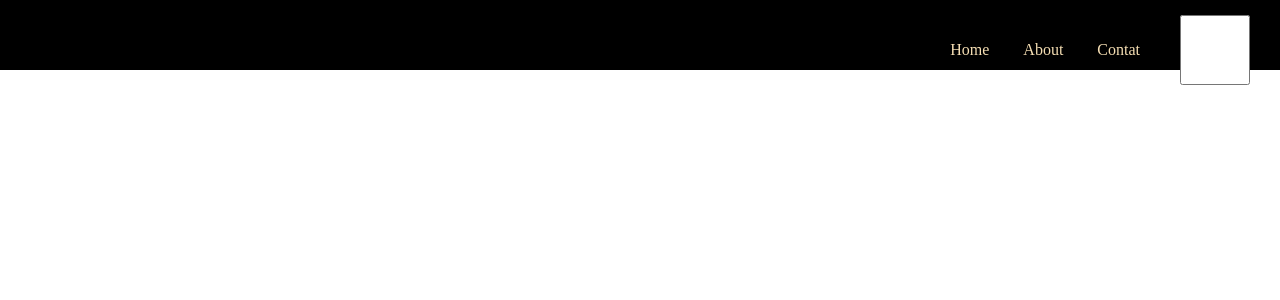
Repository: imokha01/toggleNavBar
Page: index.html
These files come from the project's save history. The page is drawn as it stood at one moment and after the next save; the edit follows.
The browser window is 1280 px wide. The pictures show the whole page.

Above is the page before, as saved 2023-12-26 22:21:50.

After the next save:
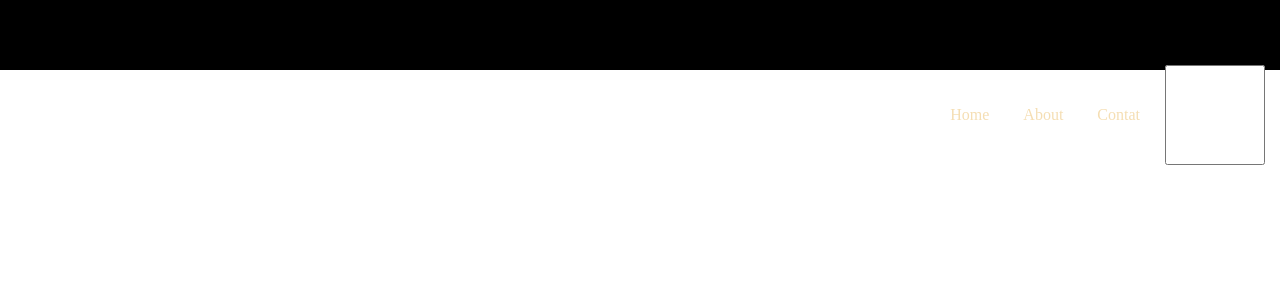
Saved 7 s later.
--- a/style.css
+++ b/style.css
@@ -33,6 +33,6 @@
 
 .checkbox {
     width: 100px;
-    height:70px;
+    height:200px;
 
 }
